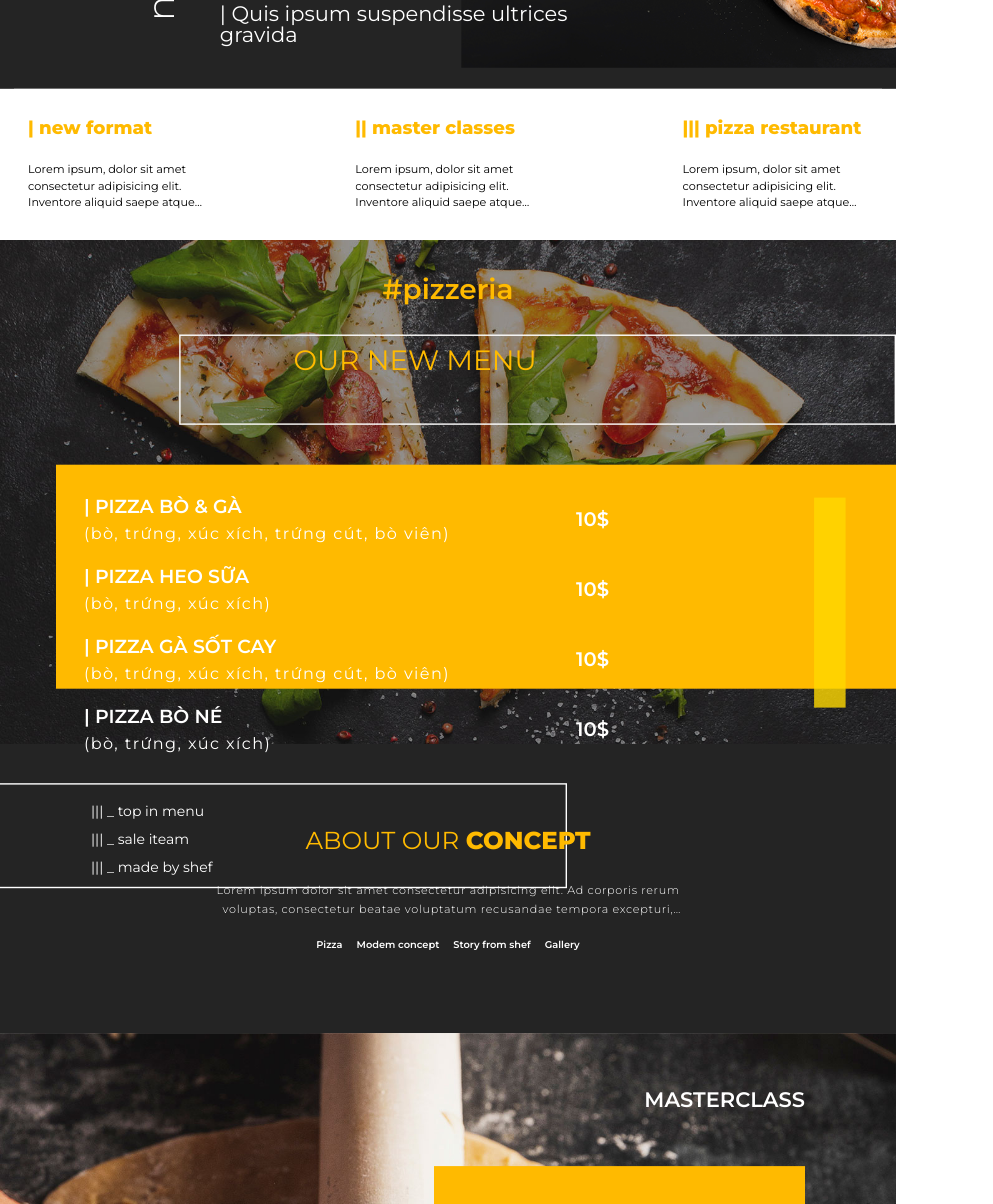
Repository: phu1204/pizzeria.github.io
Page: index.html
An editor plug-in stored every save of this project. The page is shown before and after the next save, followed by the edit.
The browser window is 1280 px wide. The page is 1419 px wide, so the pictures cover 1419 px, including what lies to the right of the window. The pictures show the part of the page from y = 1097 to 2817 px (the page is 4798 px tall), at 70% of full size.
The style sheet was rebuilt from its Sass, Less or Tailwind sources for each picture, by a compiler version that may differ from the author's.

Above is the page before, as saved 2021-07-27 14:54:34.

After the next save:
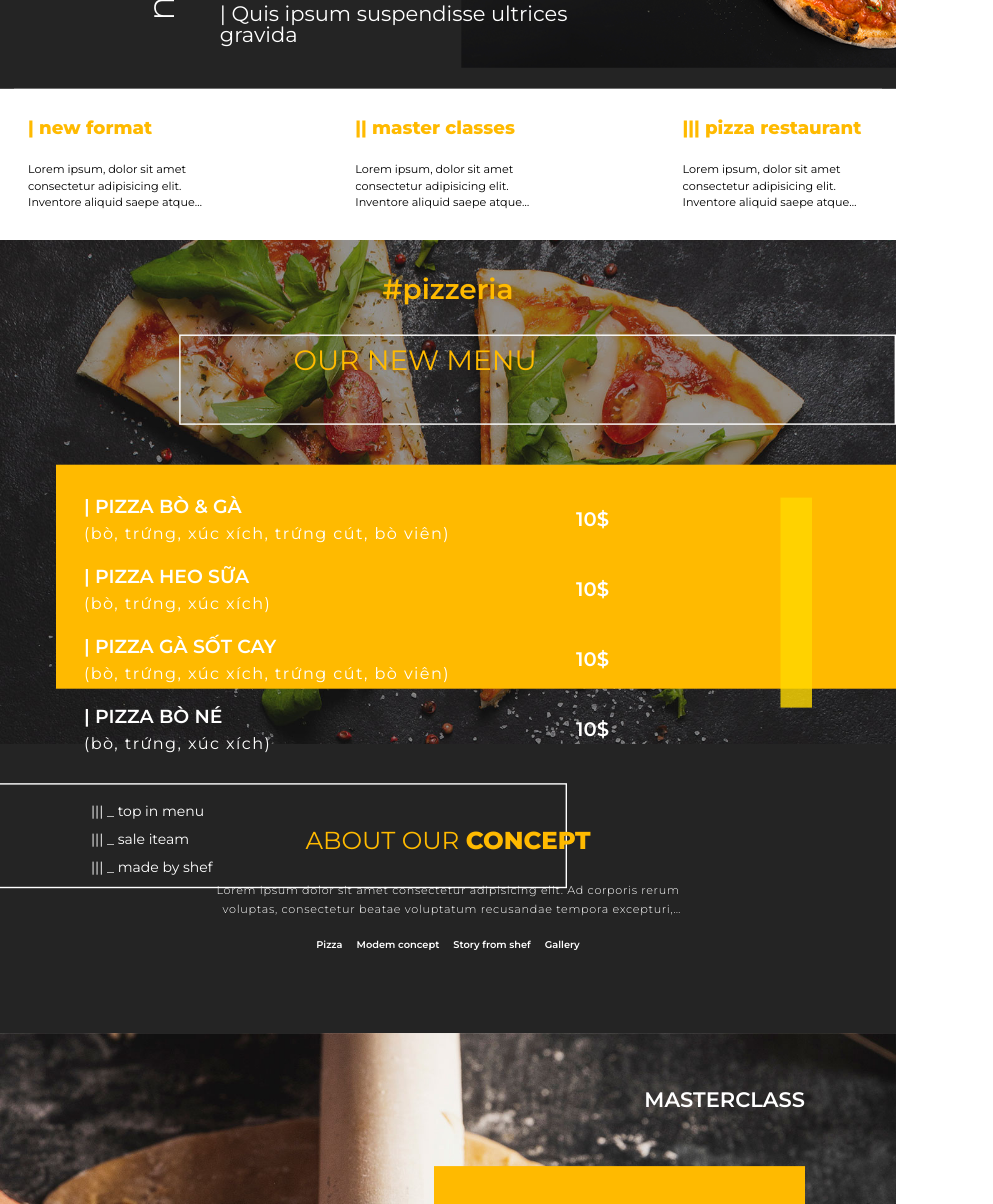
Saved 2 days later.
--- a/scss/_menu.scss
+++ b/scss/_menu.scss
@@ -61,7 +61,7 @@
         background-color: rgba(255, 217, 0, 0.801);
 
         top: 20%;
-        right: 6%;
+        right: 10%;
         z-index: -1;
     }
 
